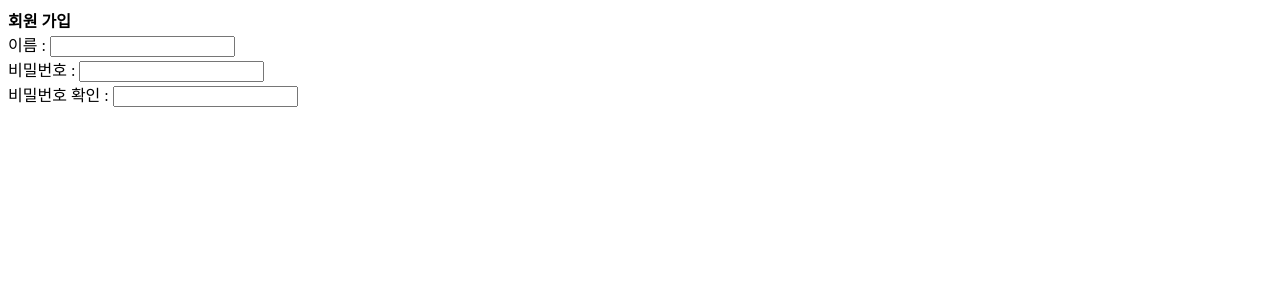
Repository: Kanghanna/One-Pick
Page: http://localhost/Login_Project/insert.jsp
These files come from the project's save history. The page is drawn as it stood at one moment and after the next save; the edit follows.
The browser window is 1280 px wide. The pictures show the whole page.
The page is served by Tomcat 9.

Above is the page before, as saved 2019-03-29 02:57:22.

After the next save:
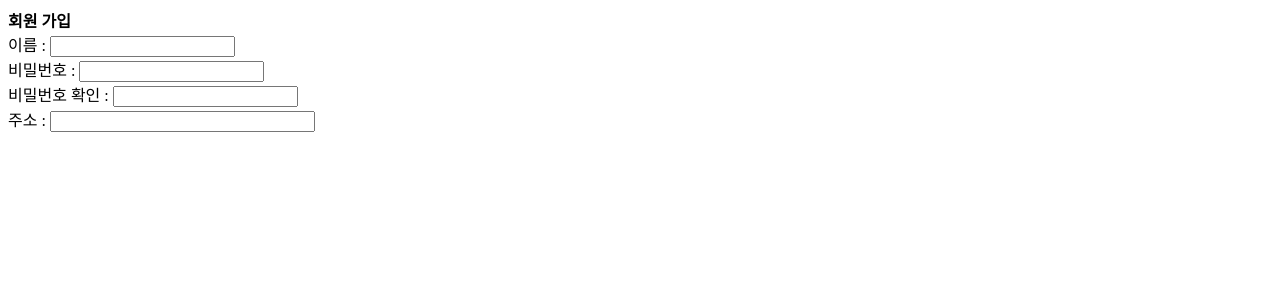
Saved 23 s later.
--- a/Login_Project/WebContent/insert.jsp
+++ b/Login_Project/WebContent/insert.jsp
@@ -5,4 +5,5 @@
 이름 : <input type ="text" name = "name"><br>
 비밀번호 : <input type ="password" name = "pw"><br>
 비밀번호 확인 : <input type ="password" name = "pw2"><br>
+주소 : <input type ="password" name = "address" size = "30"><br>
 </form>
